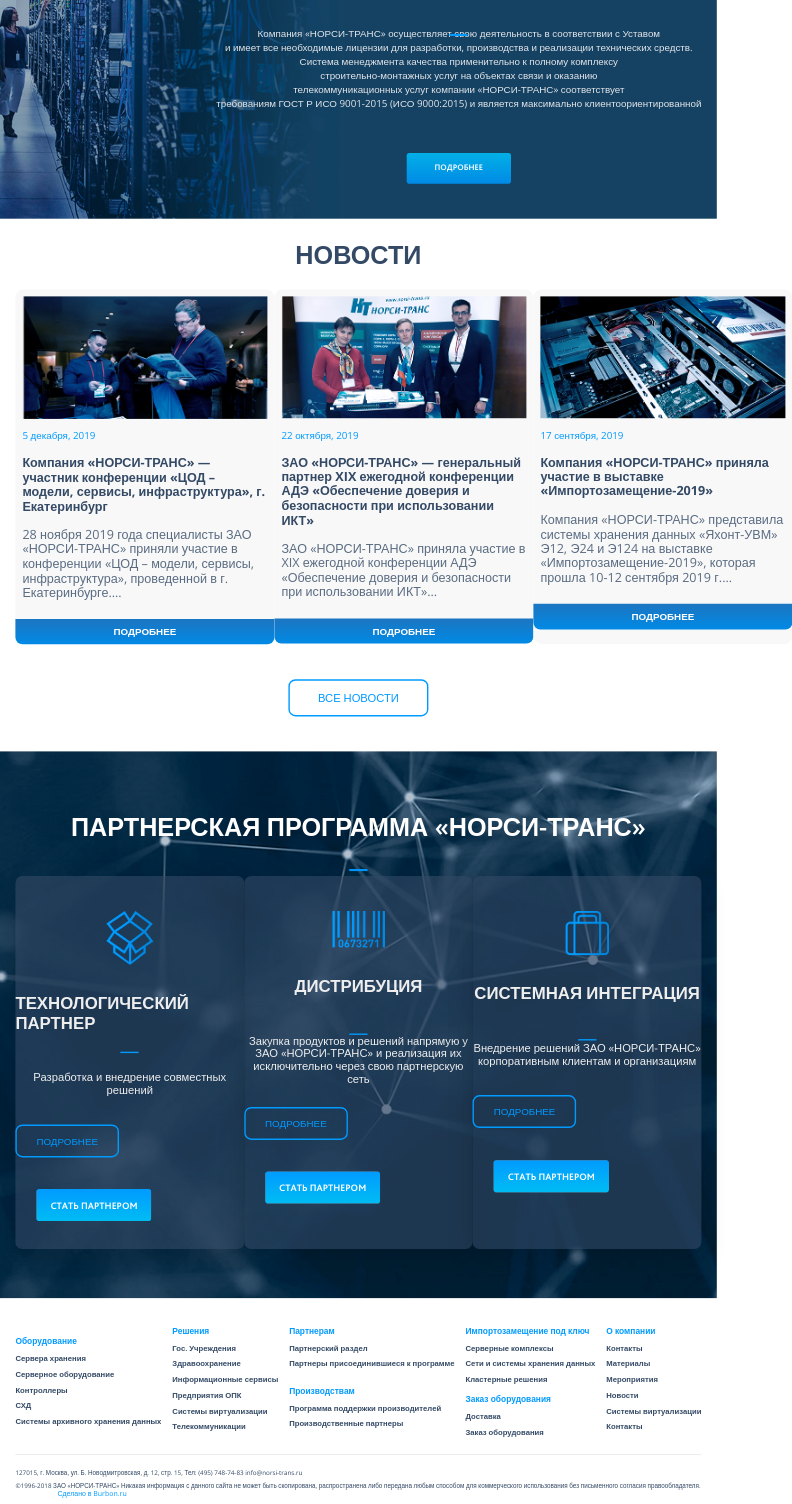
Repository: frostnn/testTaskBurbon
Page: app/index.html
These files come from the project's save history. The page is drawn as it stood at one moment and after the next save; the edit follows.
The browser window is 1024 px wide. The page is 1132 px wide, then 1024 px, so the pictures cover 1132 px, including what lies to the right of the window. The pictures show the part of the page from y = 1298 to 3458 px (the page is 3447 px tall before and 3458 px after), at 70% of full size.
The style sheet was rebuilt from its Sass, Less or Tailwind sources for each picture, by a compiler version that may differ from the author's.

Above is the page before, as saved 2020-07-16 10:49:21.

### app/index.html
<!DOCTYPE html>
<html lang="en">
<head>
  <meta charset="UTF-8">
  <meta name="viewport" content="width=device-width, initial-scale=1.0">
  <meta http-equiv="X-UA-Compatible" content="ie=edge">
  <link rel="stylesheet" href="css/style.min.css">
  <title>Test task</title>
</head>
<body>
  <div class="bg-test">
    <header class="header">
        <div class="header-logo">
          <img src="./img/NT_logo_color.png" alt="Логотип" class="header-logo__img">
        </div>
        <nav class="header-nav">
          <ul class="header-nav__list">
            <li class="header-nav__list-item">
              <a href="#" class="header-nav__list-link">оборудование</a>
            </li>
            <li class="header-nav__list-item">
              <a href="#" class="header-nav__list-link">решения</a>
            </li>
            <li class="header-nav__list-item">
              <a href="#" class="header-nav__list-link">партнерам</a>
            </li>
            <li class="header-nav__list-item">
              <a href="#" class="header-nav__list-link">производствам</a>
            </li>
            <li class="header-nav__list-item">
              <a href="#" class="header-nav__list-link">импортозамещение под ключ</a>
            </li>
            <li class="header-nav__list-item">
              <a href="#" class="header-nav__list-link">заказ оборудования</a>
            </li>
            <li class="header-nav__list-item">
              <a href="#" class="header-nav__list-link">о компании</a>
            </li>
          </ul>
        </nav>
        <div class="header-search">
          <img src="./img/search.png" alt="Поиск" class="header-search__img">
        </div>
    </header>
    <section class="slider">
      <div class="slider-block">
        <div class="slider-block__content">
          <h1 class="slider-block__content-title">Яхонт-увм э24</h1>
          <p class="slider-block__content-text">
            программно-аппаратный комплекс высокопроизводительной загрузки <br>
            и накопления массивов CDR/IPDR данных, выполнения задач<br>
            по их обработке
          </p>
          <a href="#" class="slider-block__content-link btn">Подробнее</a>
        </div>
        <div class="slider-block__content">
          <h1 class="slider-block__content-title">Яхонт-увм э24</h1>
          <p class="slider-block__content-text">
            программно-аппаратный комплекс высокопроизводительной загрузки <br>
            и накопления массивов CDR/IPDR данных, выполнения задач<br>
            по их обработке
          </p>
        <!--  <img src="./img/VPS.png" alt="" class="slider-block__content-img"> -->
          <a href="#" class="slider-block__content-link btn">Подробнее</a>
        </div>
        <div class="slider-block__content">
          <h1 class="slider-block__content-title">Яхонт-увм э24</h1>
          <p class="slider-block__content-text">
            программно-аппаратный комплекс высокопроизводительной загрузки <br>
            и накопления массивов CDR/IPDR данных, выполнения задач<br>
            по их обработке
          </p>
          <a href="#" class="slider-block__content-link btn">Подробнее</a>
        </div>
      </div>
    </section>
  </div>
  <section class="industries">
    <h2 class="industries-title">Наши отрасли</h2>
    <div class="industries-block">
      <div class="industries-block__content">
        <img src="./img/healths.png" alt="healths" class="industries-block__content-img">
        <h3 class="industries-block__content-title">Здравоохранение</h3>
        <p class="industries-block__content-text">
          Системы хранения данных. Интеграция
          в действующую ИКТ-структуру. Программно-аппаратный комплекс «Яхонт-ЭМК»,
          предназначенный для хранения и ведения медицинских интегрированных архивов
        </p>
        <a href="" class="industries-block__content-link">Подробнее</a>
      </div>
      <div class="industries-block__content">
        <img src="./img/gov.png" alt="government" class="industries-block__content-img">
        <h3 class="industries-block__content-title">Государственный сектор </h3>
        <p class="industries-block__content-text">
          Системы хранения данных. Интеграция в действующую ИКТ-структуру.
          Импортонезависимый программно-аппаратный комплекс систем электронного документооборота
          и аналитической отчетности
        </p>
        <a href="" class="industries-block__content-link">Подробнее</a>
      </div>
      <div class="industries-block__content">
        <img src="./img/telecom.png" alt="telecom" class="industries-block__content-img">
        <h3 class="industries-block__content-title">Телекоммуникации</h3>
        <p class="industries-block__content-text">
          Системы хранения данных. Интеграция в действующую ИКТ-структуру.
          Программно-аппаратный комплекс «Яхонт-ЭМК»,
          предназначенный для хранения и ведения медицинских интегрированных архивов
        </p>
        <a href="" class="industries-block__content-link">Подробнее</a>
      </div>
      <div class="industries-block__content">
        <img src="./img/opk.png" alt="opk" class="industries-block__content-img">
        <h3 class="industries-block__content-title">Предприятия ОПК</h3>
        <p class="industries-block__content-text">
          Системы хранения данных. Интеграция в действующую ИКТ-структуру.
          Импортонезависимый программно-аппаратный комплекс систем электронного документооборота
          и аналитической отчетности
        </p>
        <a href="#" class="industries-block__content-link">Подробнее</a>
      </div>
    </div>
  </section>
  <main class="production">
    <div class="production-wrapper">
      <div class="production-block">
        <h2 class="production-block__title">Производственный комплекс</h2>
        <p class="production-block__text">
          Компания «НОРСИ-ТРАНС» осуществляет свою деятельность в соответствии с Уставом <br>
          и имеет все необходимые лицензии для разработки, производства и реализации технических средств.<br>
          Система менеджмента качества применительно к полному комплексу<br>
          строительно-монтажных услуг на объектах связи и оказанию <br>
          телекоммуникационных услуг компании «НОРСИ-ТРАНС» соответствует <br>
          требованиям ГОСТ Р ИСО 9001-2015 (ИСО 9000:2015) и является максимально клиентоориентированной
        </p>
        <a href="#" class="production-block__link btn">подробнее</a>
      </div>
    </div>
  </main>
  <section class="news">
    <h2 class="news-title">Новости</h2>
      <div class="news-block">
        <div class="news-block__content">
          <img src="./img/news_1.png" alt="news_img" class="news-block__content-img">
          <span class="news-block__content-date">5 декабря, 2019</span>
          <h4 class="news-block__content-title">
            Компания «НОРСИ-ТРАНС» — участник конференции «ЦОД – модели,
            сервисы, инфраструктура», г. Екатеринбург
          </h4>
          <p class="news-block__content-text">
            28 ноября 2019 года специалисты ЗАО «НОРСИ-ТРАНС»
            приняли участие в конференции «ЦОД – модели, сервисы,
            инфраструктура», проведенной в г. Екатеринбурге.…
          </p>
          <a href="#" class="news-block__content-link">Подробнее</a>
        </div>
          <div class="news-block__content">
            <img src="./img/news_2.png" alt="news_img" class="news-block__content-img">
            <span class="news-block__content-date">22 октября, 2019</span>
            <h4 class="news-block__content-title">
              ЗАО «НОРСИ-ТРАНС» — генеральный партнер XIX
              ежегодной конференции АДЭ «Обеспечение доверия
              и безопасности при использовании ИКТ»
            </h4>
            <p class="news-block__content-text">
              ЗАО «НОРСИ-ТРАНС» приняла участие в XIX ежегодной конференции
              АДЭ «Обеспечение доверия и безопасности при использовании ИКТ»...
            </p>
            <a href="#" class="news-block__content-link">Подробнее</a>
          </div>
          <div class="news-block__content">
            <img src="./img/news_3.png" alt="news_img" class="news-block__content-img">
            <span class="news-block__content-date">17 сентября, 2019</span>
            <h4 class="news-block__content-title">
              Компания «НОРСИ-ТРАНС» приняла участие
              в выставке «Импортозамещение-2019»
            </h4>
            <p class="news-block__content-text">
              Компания «НОРСИ-ТРАНС» представила системы хранения данных
              «Яхонт-УВМ» Э12, Э24 и Э124 на выставке «Импортозамещение-2019»,
              которая прошла 10-12 сентября 2019 г.…
            </p>
            <a href="#" class="news-block__content-link">Подробнее</a>
          </div>
      </div>
      <div class="btn-wrapper">
        <button class="news-btn">Все новости</button>
      </div>
  </section>
  <section class="program">
    <div class="program-wrapper">
      <h2 class="program-title">Партнерская программа «НОРСИ-ТРАНС» </h2>
      <div class="program-block__wrapper">
        <div class="program-block">
          <img src="./img/box.png" alt="box" class="program-block__img">
          <h5 class="program-block__title">Технологический партнер</h5>
          <p class="program-block__text">Разработка и внедрение совместных решений </p>
          <div class="program-block__btn">
            <a href="#" class="program-block__btn-link">подробнее</a>
            <button class="program-block__btn-btn btn">стать партнером</button>
          </div>
        </div>
        <div class="program-block">
          <img src="./img/code.png" alt="box" class="program-block__img">
          <h5 class="program-block__title">Дистрибуция</h5>
          <p class="program-block__text">
            Закупка продуктов и решений напрямую у ЗАО «НОРСИ-ТРАНС»
            и реализация их исключительно через свою партнерскую сеть
          </p>
          <div class="program-block__btn">
            <a href="#" class="program-block__btn-link">подробнее</a>
            <button class="program-block__btn-btn btn">стать партнером</button>
          </div>
        </div>
        <div class="program-block">
          <img src="./img/case.png" alt="box" class="program-block__img">
          <h5 class="program-block__title">Системная интеграция</h5>
          <p class="program-block__text">
            Внедрение решений ЗАО «НОРСИ-ТРАНС»
            корпоративным клиентам и организациям
          </p>
          <div class="program-block__btn">
            <a href="#" class="program-block__btn-link">подробнее</a>
            <button class="program-block__btn-btn btn">стать партнером</button>
          </div>
        </div>
      </div>
    </div>
  </section>
  <footer class="footer">
    <div class="footer-nav">
      <div class="equipment-block">
        <ul class="equipment-block__list">
          <li class="equipment-block__list-title">Оборудование</li>
          <li class="equipment-block__list-item"> <a href="#" class="equipment-block__item-link"> Сервера хранения</a></li>
          <li class="equipment-block__list-item"> <a href="#" class="equipment-block__item-link">Серверное оборудование</a></li>
          <li class="equipment-block__list-item"> <a href="#" class="equipment-block__item-link"> Контроллеры</a></li>
          <li class="equipment-block__list-item"> <a href="#" class="equipment-block__item-link">СХД</a></li>
          <li class="equipment-block__list-item"> <a href="#" class="equipment-block__item-link">Системы архивного хранения данных</a></li>
        </ul>
      </div>
      <div class="decisions-block">
        <ul class="decisions-block__list">
          <li class="decisions-block__list-title">Решения</li>
          <li class="decisions-block__list-item"> <a href="#" class="decisions-block__item-link"> Гос. Учреждения</a></li>
          <li class="decisions-block__list-item"> <a href="#" class="decisions-block__item-link">Здравоохранение</a></li>
          <li class="decisions-block__list-item"> <a href="#" class="decisions-block__item-link">Информационные сервисы</a></li>
          <li class="decisions-block__list-item"> <a href="#" class="decisions-block__item-link">Предприятия ОПК</a></li>
          <li class="decisions-block__list-item"> <a href="#" class="decisions-block__item-link">Системы виртуализации</a></li>
          <li class="decisions-block__list-item"> <a href="#" class="decisions-block__item-link">Телекоммуникации</a></li>
        </ul>
      </div>
      <div class="partners-block">
        <ul class="partners-block__list">
          <li class="partners-block__list-title">Партнерам</li>
          <li class="partners-block__list-item"> <a href="#" class="partners-block__item-link">Партнерский раздел</a></li>
          <li class="partners-block__list-item"> <a href="#" class="partners-block__item-link">Партнеры присоединившиеся к программе</a></li>
        </ul>
        <ul class="productions-block__list">
          <li class="productions-block__list-title">Производствам</li>
          <li class="productions-block__list-item"> <a href="#" class="productions-block__item-link">Программа поддержки производителей</a></li>
          <li class="productions-block__list-item"> <a href="#" class="productions-block__item-link">Производственные партнеры</a></li>
        </ul>
      </div>
      <div class="import-block">
        <ul class="import-block__list">
          <li class="import-block__list-title">Импортозамещение под ключ</li>
          <li class="import-block__list-item"> <a href="#" class="import-block__item-link"> Серверные комплексы</a></li>
          <li class="import-block__list-item"> <a href="#" class="import-block__item-link">Сети и системы хранения данных</a></li>
          <li class="import-block__list-item"> <a href="#" class="import-block__item-link">Кластерные решения</a></li>
        </ul>
        <ul class="equipment-block__list">
          <li class="equipment-block__list-title">Заказ оборудования</li>
          <li class="equipment-block__list-item"> <a href="#" class="equipment-block__item-link">Доставка</a></li>
          <li class="equipment-block__list-item"> <a href="#" class="equipment-block__item-link">Заказ оборудования</a></li>
        </ul>
      </div>
      <div class="nav-block">
        <ul class="nav-block__list">
          <li class="nav-block__list-title" >О компании</li>
          <li class="nav-block__list-item" > <a href="#" class="nav-block__item-link">Контакты</a></li>
          <li class="nav-block__list-item" > <a href="#" class="nav-block__item-link">Материалы</a></li>
          <li class="nav-block__list-item" > <a href="#" class="nav-block__item-link">Мероприятия</a></li>
          <li class="nav-block__list-item" > <a href="#" class="nav-block__item-link">Новости</a></li>
          <li class="nav-block__list-item" > <a href="#" class="nav-block__item-link">Системы виртуализации</a></li>
          <li class="nav-block__list-item" > <a href="#" class="nav-block__item-link">Контакты</a></li>
        </ul>
      </div>
    </div>
    <div class="subfooter">
      <p class="subfooter-contacts">
        127015, г. Москва, ул. Б. Новодмитровская,
        д. 12, стр. 15, Тел: <a href="tel:(495) 748-74-83" class="subfooter-contacts__link">(495) 748-74-83</a> <a href="mailto:info@norsi-trans.ru" class="subfooter-contacts__link">info@norsi-trans.ru</a>
      </p>
      <p class="subfooter-info">
        ©1996-2018 ЗАО «НОРСИ-ТРАНС» Никакая информация с данного сайта не может быть скопирована,
        распространена либо передана любым способом для коммерческого использования без письменного согласия правообладателя.
        <a href="https://burbon.ru/" class="subfooter-link">Сделано в Burbon.ru</a>
      </p>

    </div>
  </footer>
  <script src="https://ajax.googleapis.com/ajax/libs/jquery/3.4.1/jquery.min.js"></script>
  <script src="js/libs.min.js"></script>
  <script src="js/main.js"></script>
</body>
</html>

### app/scss/_vars.scss
$white: #fff;
$blue: #019afe;

### app/scss/_fonts.scss
@import url('https://fonts.googleapis.com/css2?family=Open+Sans:wght@300;400;600;700;800&display=swap');
@font-face {
  font-family: 'Bliss Pro Bold';
  src: url('../fonts/BlissPro-Bold.eot');
  src: url('../fonts/BlissPro-Bold.eot?#iefix') format('embedded-opentype'),
  url('../fonts/BlissPro-Bold.woff') format('woff'),
  url('../fonts/BlissPro-Bold.ttf') format('truetype');
  font-weight: normal;
  font-style: normal;
  }

### app/scss/_global.scss
html {
  box-sizing: border-box;
}
body {
  font-family: 'Open Sans', sans-serif;
}
*,
*::before,
*::after {

  box-sizing: inherit;
}
a {
  display: inline;
  text-decoration: none;
  color: #fff;
}
ul,
li {
  list-style: none;
  margin: 0;
  padding: 0;
}

### app/scss/_media.scss
@media (max-width: 1452px) {
  .footer,
  .news,
  .industries,
  .production-wrapper,
  .program-wrapper,
  .header,
  .slider {
    max-width: 1350px;
  }
  .header-nav__list {
    .header-nav__list-item {
      margin-right: 30px;
    }
    .header-nav__list-link {
      font-size: 12px;
    }
  }
  .slider-block__content-title {
    font-size: 42px;
  }
  .slider-block__content-text {
    font-size: 18px;
  }
  .industries-block__content {
    max-width: 320px;
    .industries-block__content-title {
      font-size: 16px;
    }
    .industries-block__content-text {
      font-size: 14px;
    }
    .industries-block__content-img {
      max-width: 320px;
    }
  }
  .production {
    background-position: center;
  }
  .news-block__content {
    max-width: 430px;
    .news-block__content-img {
      max-width: 420px;
    }
    .news-block__content-title {
      font-size: 18px;

    }
    .news-block__content-date {
      font-size: 14px;

    }
    .news-block__content-text {
      font-size: 18px;
    }
  }
  .program-block {
    width: 424px;
  }
  .program-block .program-block__btn-btn {
    padding: 15px 20px;
  }
  .program-block .program-block__btn-link {
    padding: 12px 28px;
  }
  .footer-nav {
    .equipment-block__list-title,
    .decisions-block__list-title,
    .partners-block__list-title,
    .productions-block__list-title,
    .import-block__list-title,
    .equipment-block__list-title,
    .nav-block__list-title {
      font-size: 12px;
    }
    a {
      font-size: 11px;
    }
  }
  .subfooter {
    .subfooter-contacts {
      font-size: 9px;
    }
    .subfooter-info{
      font-size: 9px;
    }
    .subfooter-link {
      font-size: 10px;
      margin-left: 60px;
    }
  }
}
@media (max-width: 1360px) {
  .footer,
  .news,
  .industries,
  .production-wrapper,
  .program-wrapper,
  .header,
  .slider {
    max-width: 1280px;
  }
  .industries-block__content {
    max-width: 300px;
    .industries-block__content-img {
      max-width: 300px;
    }
  }
  .news-block__content {
    max-width: 420px;
    .news-block__content-img {
      max-width: 410px;
    }
  }
  .program-block {
    width: 413px;
  }

}

@media (max-width: 1245px) {
  .footer,
  .news,
  .industries,
  .production-wrapper,
  .program-wrapper,
  .header,
  .slider {
    max-width: 1190px;
  }
  .industries-block__content {
    max-width: 280px;
    .industries-block__content-img {
      max-width: 280px;
    }
  }
  .news-block__content {
    max-width: 380px;
    .news-block__content-img {
      max-width: 370px;
    }
  }
  .program-block {
    width: 370px;
  }
  .header-nav__list {
    .header-nav__list-item {
      margin-right: 30px;
    }
    .header-nav__list-link {
      font-size: 10px;
    }
  }
}

@media (max-width: 1200px) {
  .footer,
  .news,
  .industries,
  .production-wrapper,
  .program-wrapper,
  .header,
  .slider {
    max-width: 1100px;
  }
  .industries-block__content {
    max-width: 240px;
    .industries-block__content-img {
      max-width: 240px;
    }
  }
  .news-block__content {
    max-width: 380px;
    .news-block__content-img {
      max-width: 370px;
    }
  }
  .program-block {
    width: 370px;
  }
  .header-nav__list {
    .header-nav__list-item {
      margin-right: 15px;
    }
    .header-nav__list-link {
      font-size: 10px;
    }
  }

}
@media (min-width: 992px) and (max-width: 1199px) {
  .footer,
  .news,
  .industries,
  .production-wrapper,
  .program-wrapper,
  .header,
  .slider {
    max-width: 980px;
  }
  .industries-block__content {
    max-width: 240px;
    .industries-block__content-img {
      max-width: 240px;
    }
  }
  .news-block__content {
    max-width: 380px;
    .news-block__content-img {
      max-width: 370px;
    }
  }
  .program-block {
    width: 370px;
  }
  .header-nav__list {
    .header-nav__list-item {
      margin-right: 15px;
    }
    .header-nav__list-link {
      font-size: 10px;
    }
  }
  .production-block {
    .production-block__text {

      font-size: 14px;
    }
    .production-block__link {
      margin-bottom: 50px;
      font-size: 12px;
    }
  }
}

Loaded but not shown: app/js/libs.min.js (library); app/js/main.js (5 lines, source omitted); app/scss/style.scss (456 lines, source omitted); app/scss/_libs.scss (469 lines, source omitted)

After the next save:
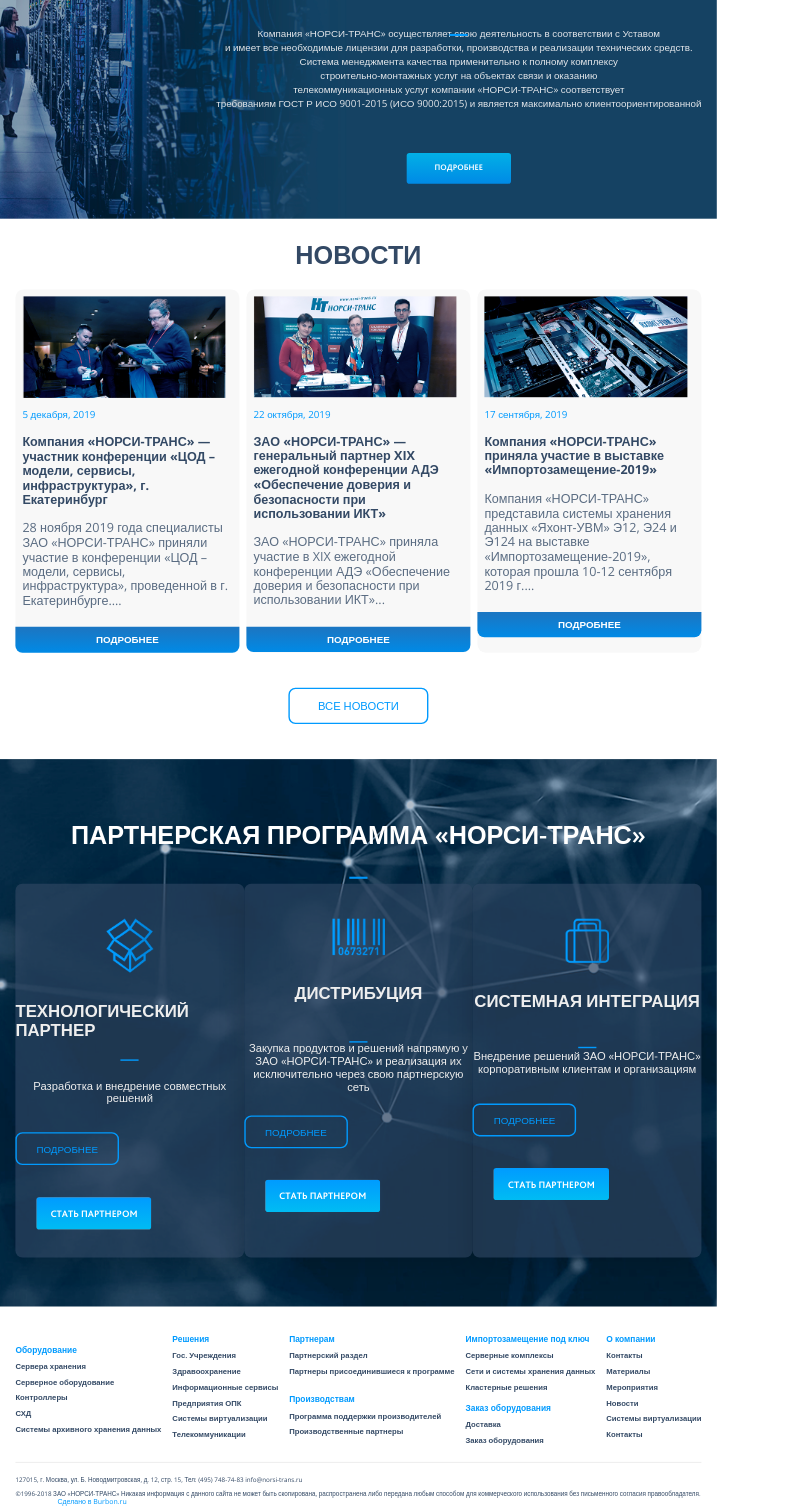
Saved 3 min 1 s later.
--- a/app/scss/_media.scss
+++ b/app/scss/_media.scss
@@ -205,9 +205,9 @@
     }
   }
   .news-block__content {
-    max-width: 380px;
-    .news-block__content-img {
-      max-width: 370px;
+    max-width: 320px;
+    .news-block__content-img {
+      max-width: 310px;
     }
   }
   .program-block {
